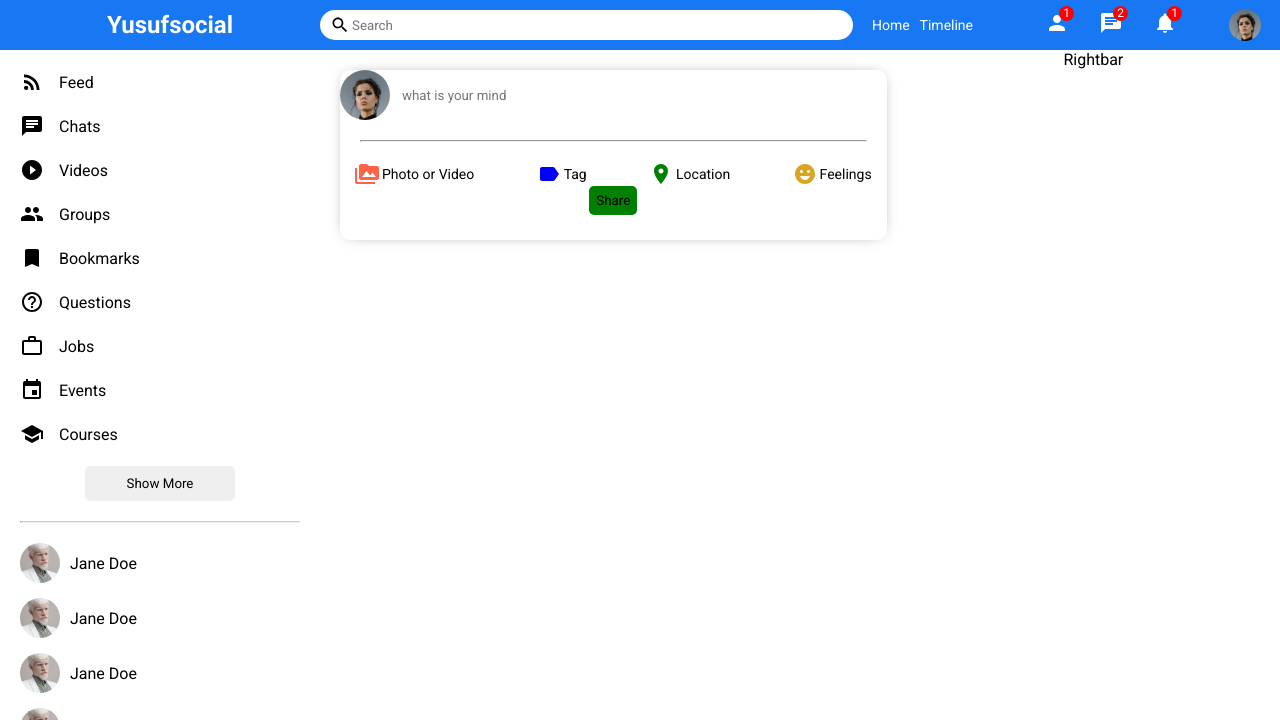
Repository: sevilgenysf/socialmediaapp
Page: /
These files come from the project's save history. The page is drawn as it stood at one moment and after the next save; the edit follows.
The browser window is 1280 px wide. The pictures show the whole page.
The project was rebuilt for these pictures with package versions that can differ from the ones it lists, and the page was loaded fresh each time.

Above is the page before, as saved 2022-02-17 10:17:07.

### public/index.html
<!DOCTYPE html>
<html lang="en">

<head>
	<meta charset="utf-8" />
	<meta name="viewport" content="width=device-width, initial-scale=1" />
	<meta name="description" content="Web site created using create-react-app" />
	<link href="https://fonts.googleapis.com/css2?family=Roboto:ital,wght@0,300;0,400;0,700;1,500&display=swap"
		rel="stylesheet">
	<link rel="stylesheet" href="style.css">
	<title>Social App</title>
</head>

<body>
	<noscript>You need to enable JavaScript to run this app.</noscript>
	<div id="root"></div>
</body>

</html>

### src/App.js
import React from 'react';
import Home from './pages/home/Home';
import './App.css';

function App() {
	return (
		<div className="App">
			<Home />
		</div>
	);
}

export default App;

### src/pages/home/Home.jsx
import React from 'react';
import Topbar from '../../components/topbar/Topbar';
import Sidebar from '../../components/sidebar/Sidebar';
import Feed from '../../components/feed/Feed';
import Rightbar from '../../components/rightbar/Rightbar';
import './home.css';

const Home = () => {
	return (
		<>
			<Topbar />
			<div className="homeContainer">
				<Sidebar />
				<Feed />
				<Rightbar />
			</div>
		</>
	);
};

export default Home;

### src/components/topbar/Topbar.jsx
import React from 'react';
import './topbar.css';
import { Search, Person, Chat, Notifications } from '@mui/icons-material';

const Topbar = () => {
	return (
		<div className="topbarContainer">
			<div className="topbarLeft">
				<span className="logo">Yusufsocial</span>
			</div>
			<div className="topbarCenter">
				<div className="searchbar">
					<Search className="searchIcon" />
					<input type="text" placeholder="Search" className="searchInput" />
				</div>
			</div>
			<div className="topbarRight">
				<div className="topbarLink">
					<span className="topbarLink">Home</span>
					<span className="topbarLink">Timeline</span>
				</div>
				<div className="topbarIcons">
					<div className="topbarIconItem">
						<Person />
						<span className="topbarIconBadge">1</span>
					</div>
					<div className="topbarIconItem">
						<Chat />
						<span className="topbarIconBadge">2</span>
					</div>
					<div className="topbarIconItem">
						<Notifications />
						<span className="topbarIconBadge">1</span>
					</div>
				</div>
				<img src="/assets/person/1.jpeg" alt="" className="topbarImg" />
			</div>
		</div>
	);
};

export default Topbar;

### src/components/sidebar/Sidebar.jsx
import React from 'react';
import './sidebar.css';
import {
	RssFeed,
	Chat,
	PlayCircleFilledOutlined,
	Group,
	Bookmark,
	HelpOutline,
	WorkOutline,
	Event,
	School
} from '@mui/icons-material';

const Sidebar = () => {
	return (
		<div className="sidebar">
			<div className="sidebarWrapper">
				<ul className="sidebarList">
					<li className="sidebarListItem">
						<RssFeed className="sidebarIcon" />
						<span className="sidebarListItemText">Feed</span>
					</li>
					<li className="sidebarListItem">
						<Chat className="sidebarIcon" />
						<span className="sidebarListItemText">Chats</span>
					</li>
					<li className="sidebarListItem">
						<PlayCircleFilledOutlined className="sidebarIcon" />
						<span className="sidebarListItemText">Videos</span>
					</li>
					<li className="sidebarListItem">
						<Group className="sidebarIcon" />
						<span className="sidebarListItemText">Groups</span>
					</li>
					<li className="sidebarListItem">
						<Bookmark className="sidebarIcon" />
						<span className="sidebarListItemText">Bookmarks</span>
					</li>
					<li className="sidebarListItem">
						<HelpOutline className="sidebarIcon" />
						<span className="sidebarListItemText">Questions</span>
					</li>
					<li className="sidebarListItem">
						<WorkOutline className="sidebarIcon" />
						<span className="sidebarListItemText">Jobs</span>
					</li>
					<li className="sidebarListItem">
						<Event className="sidebarIcon" />
						<span className="sidebarListItemText">Events</span>
					</li>
					<li className="sidebarListItem">
						<School className="sidebarIcon" />
						<span className="sidebarListItemText">Courses</span>
					</li>
				</ul>
				<button className="sidebarButton">Show More</button>
				<hr className="sidebarHr" />
				<ul className="sidebarFriendList">
					<li className="sidebarFriend">
						<img
							className="sidebarFriendImg"
							src="/assets/person/2.jpeg"
							alt=""
						/>
						<span className="sideBarFriendName">Jane Doe</span>
					</li>
					<li className="sidebarFriend">
						<img
							className="sidebarFriendImg"
							src="/assets/person/2.jpeg"
							alt=""
						/>
						<span className="sideBarFriendName">Jane Doe</span>
					</li>
					<li className="sidebarFriend">
						<img
							className="sidebarFriendImg"
							src="/assets/person/2.jpeg"
							alt=""
						/>
						<span className="sideBarFriendName">Jane Doe</span>
					</li>
					<li className="sidebarFriend">
						<img
							className="sidebarFriendImg"
							src="/assets/person/2.jpeg"
							alt=""
						/>
						<span className="sideBarFriendName">Jane Doe</span>
					</li>
					<li className="sidebarFriend">
						<img
							className="sidebarFriendImg"
							src="/assets/person/2.jpeg"
							alt=""
						/>
						<span className="sideBarFriendName">Jane Doe</span>
					</li>
					<li className="sidebarFriend">
						<img
							className="sidebarFriendImg"
							src="/assets/person/2.jpeg"
							alt=""
						/>
						<span className="sideBarFriendName">Jane Doe</span>
					</li>
					<li className="sidebarFriend">
						<img
							className="sidebarFriendImg"
							src="/assets/person/2.jpeg"
							alt=""
						/>
						<span className="sideBarFriendName">Jane Doe</span>
					</li>
					<li className="sidebarFriend">
						<img
							className="sidebarFriendImg"
							src="/assets/person/2.jpeg"
							alt=""
						/>
						<span className="sideBarFriendName">Jane Doe</span>
					</li>
					<li className="sidebarFriend">
						<img
							className="sidebarFriendImg"
							src="/assets/person/2.jpeg"
							alt=""
						/>
						<span className="sideBarFriendName">Jane Doe</span>
					</li>
					<li className="sidebarFriend">
						<img
							className="sidebarFriendImg"
							src="/assets/person/2.jpeg"
							alt=""
						/>
						<span className="sideBarFriendName">Jane Doe</span>
					</li>
					<li className="sidebarFriend">
						<img
							className="sidebarFriendImg"
							src="/assets/person/2.jpeg"
							alt=""
						/>
						<span className="sideBarFriendName">Jane Doe</span>
					</li>
				</ul>
			</div>
		</div>
	);
};

export default Sidebar;

### src/components/feed/Feed.jsx
import React from 'react';
import './feed.css';
import Share from '../../components/share/Share';

const Feed = () => {
	return (
		<div className="feed">
			<div className="feedWrapper">
				<Share />
			</div>
		</div>
	);
};

export default Feed;

### src/components/rightbar/Rightbar.jsx
import React from 'react';
import './rightbar.css';

const Rightbar = () => {
	return <div className="rightbar">Rightbar</div>;
};

export default Rightbar;

### src/pages/home/home.css
.homeContainer {
	display: flex;
	width: 100%;
}

### src/components/topbar/topbar.css
.topbarContainer {
	height: 50px;
	width: 100%;
	background-color: #1877f2;
	display: flex;
	align-items: center;
	position: sticky;
	top: 0;
}

.topbarLeft {
	flex: 3;
}

.logo {
	font-size: 24px;
	margin-left: 20px;
	font-weight: bold;
	color: #fff;
	cursor: pointer;
}

.topbarCenter {
	flex: 5;
}

.searchbar {
	width: 100%;
	height: 30px;
	background-color: #fff;
	border-radius: 30px;
	display: flex;
	align-items: center;
}

.searchIcon {
	font-size: 20px !important;
	margin-left: 10px;
}


.searchInput {
	border: none;
	width: 70%;
}

.searchInput:focus {
	outline: none;
}

.topbarRight {
	display: flex;
	align-items: center;
	justify-content: space-around;
	flex: 4;
	color: #fff;
}

.topbarLink {
	margin-right: 10px;
	font-size: 14px;
	cursor: pointer;
}

.topbarIcons {
	display: flex;
}

.topbarIconItem {
	margin: 15px;
	cursor: pointer;
	position: relative;
}

.topbarIconBadge {
	width: 15px;
	height: 15px;
	background-color: red;
	border-radius: 50%;
	color: #fff;
	position: absolute;
	top: -5px;
	right: -5px;
	align-items: center;
	justify-content: center;
	font-size: 12px;
}

.topbarImg {
	width: 32px;
	height: 32px;
	border-radius: 50%;
	object-fit: cover;
	cursor: pointer;
}

### src/components/sidebar/sidebar.css
.sidebar {
	flex: 3;
	height: calc(100vh - 50px);
	overflow-y: scroll;
}

::-webkit-scrollbar {
	width: 5px;
}

::-webkit-scrollbar-track {
	background: #f1f1f1;
}

::-webkit-scrollbar-thumb {
	background-color: rgb(167, 160, 160);
}

.sidebarWrapper {
	padding: 20px;
}

.sidebarList {
	padding: 0;
	margin: 0;
	list-style: none;
}

.sidebarListItem {
	display: flex;
	align-items: center;
	margin-bottom: 20px;
}

.sidebarIcon {
	margin-right: 15px;
}

.sidebarButton {
	width: 150px;
	border: none;
	padding: 10px;
	border-radius: 5px;
	font-weight: 500;
}

.sidebarHr {
	margin: 20px 0;
	border-top: 1px solid #ccc;
}

.sidebarFriendList {
	padding: 0;
	margin: 0;
	list-style: none;
}

.sidebarFriend {
	display: flex;
	align-items: center;
	margin-bottom: 15px;
}

.sidebarFriendImg {
	width: 40px;
	height: 40px;
	border-radius: 50%;
	object-fit: cover;
	margin-right: 10px;
}

### src/components/feed/feed.css
.feed {
	flex: 5.5;
}

.feedWrapper {
	padding: 20px;
}

### src/components/share/Share.jsx
import React from 'react';
import './share.css';
import { PermMedia, Label, Room, EmojiEmotions } from '@mui/icons-material';

const Share = () => {
	return (
		<div className="share">
			<div className="containerWrapper">
				<div className="shareTop">
					<img className="shareProfileImg" src="/assets/person/1.jpeg" alt="" />
					<input
						className="shareInput"
						type="text"
						placeholder="what is your mind"
					/>
				</div>
				<hr className="shareHr" />
				<div className="shareBottom">
					<div className="shareOptions">
						<div className="shareOption">
							<PermMedia htmlColor="tomato" className="shareIcon" />
							<span className="shareOptionText">Photo or Video</span>
						</div>
					</div>
					<div className="shareOptions">
						<div className="shareOption">
							<Label htmlColor="blue" className="shareIcon" />
							<span className="shareOptionText">Tag</span>
						</div>
					</div>
					<div className="shareOptions">
						<div className="shareOption">
							<Room htmlColor="green" className="shareIcon" />
							<span className="shareOptionText">Location</span>
						</div>
					</div>
					<div className="shareOptions">
						<div className="shareOption">
							<EmojiEmotions htmlColor="goldenrod" className="shareIcon" />
							<span className="shareOptionText">Feelings</span>
						</div>
					</div>
				</div>
				<button className="shareButton">Share</button>
			</div>
		</div>
	);
};

export default Share;

### src/components/rightbar/rightbar.css
.rightbar {
	flex: 3.5;
}

### src/components/share/share.css
.share {
	width: 100%;
	height: 170px;
	border-radius: 10px;
	-webkit-box-shadow: 0px 0px 16px -8px rgba(0,0,0,0.75);
	box-shadow: 0px 0px 16px -8px rgba(0,0,0,0.68);
}

.shareWrapper {
	padding: 10px;
}

.shareTop {
	display: flex;
	align-items: center;
}

.shareProfileImg {
	width: 50px;
	height: 50px;
	border-radius: 50%;
	object-fit: cover;
	margin-right: 10px;
}

.shareInput {
	border: none;
	width: 80%;
}

.shareInput:focus {
	outline: none;
}

.shareHr {
	margin: 20px;
}

.shareBottom {
	display: flex;
	align-items: center;
	justify-content: space-between;
}

.shareOptions {
	display: flex;
	margin-left: 15px;
}

.shareOption {
	display: flex;
	align-items: center;
	margin-right: 15px;
	cursor: pointer;
}

.shareIcon {
	font-size: 18px;
	margin-right: 3px;
}

.shareOptionText {
	font-size: 14px;
}

.shareButton {
	border: none;
	padding: 7px;
	border-radius: 5px;
	background-color: green;
	font-weight: 500;
}

### public/style.css
* {
	margin: 0;
	font-family: 'Roboto', sans-serif ;
}

Loaded but not shown: src/index.js (common file); src/index.css (common file); src/App.css (common file)

After the next save:
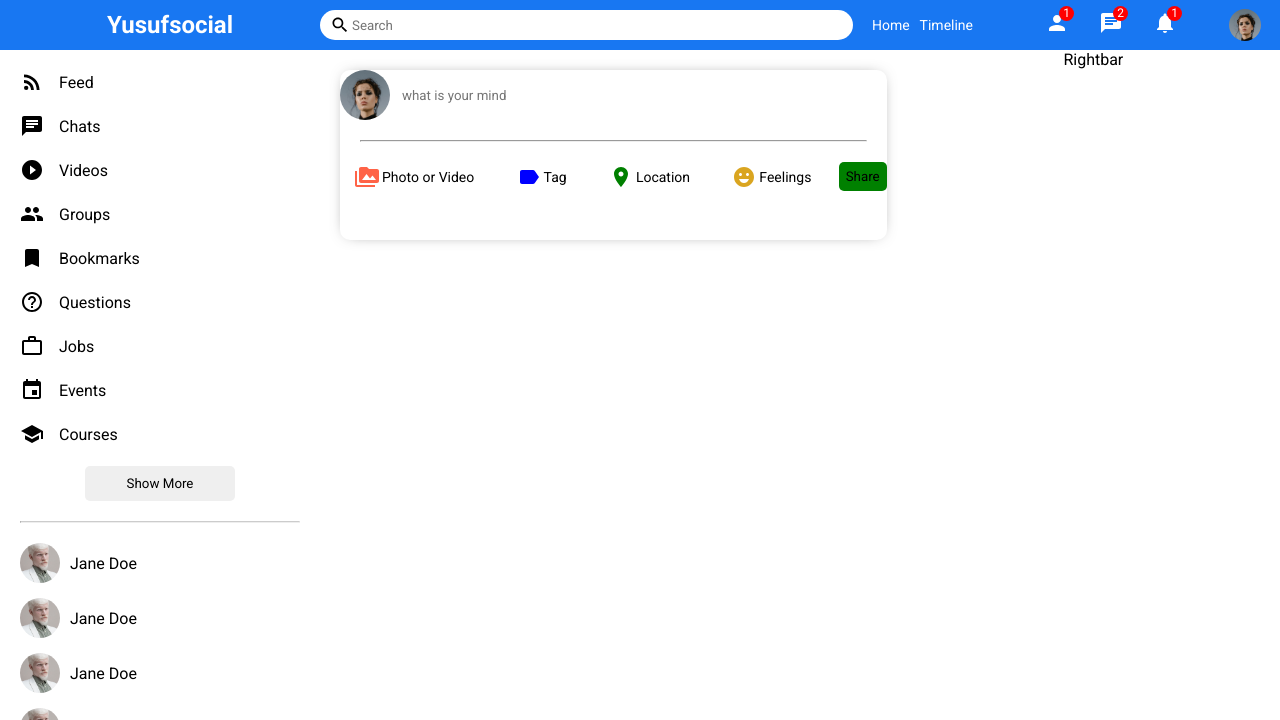
Saved 31 s later.
--- a/src/components/share/Share.jsx
+++ b/src/components/share/Share.jsx
@@ -40,8 +40,8 @@ const Share = () => {
 							<span className="shareOptionText">Feelings</span>
 						</div>
 					</div>
+					<button className="shareButton">Share</button>
 				</div>
-				<button className="shareButton">Share</button>
 			</div>
 		</div>
 	);
